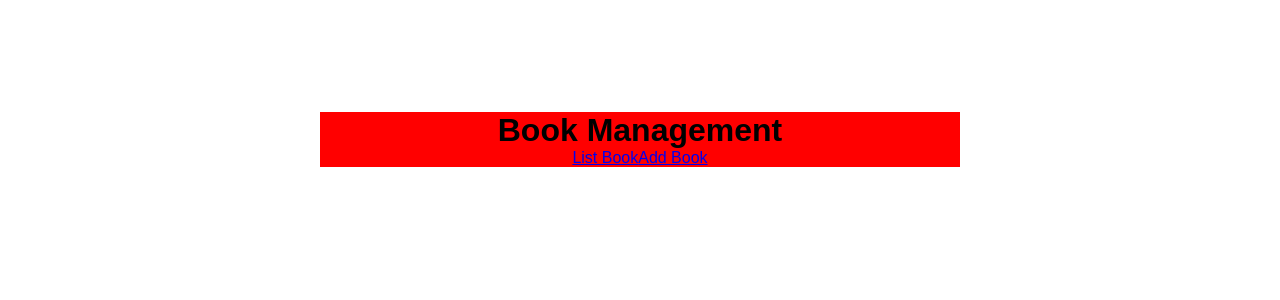
Repository: wakoya-tech/e-library-app1
Page: /
The author's editor kept a copy of each file at every save. The page is drawn from the files as they stood at one save, then again after the next save.
The browser window is 1280 px wide. The pictures show the whole page.
The project was rebuilt for these pictures with package versions that can differ from the ones it lists, and the page was loaded fresh each time. Also part of the build but not shown: vite.config.js.

Above is the page before, as saved 2025-10-10 12:10:36.

After the next save:
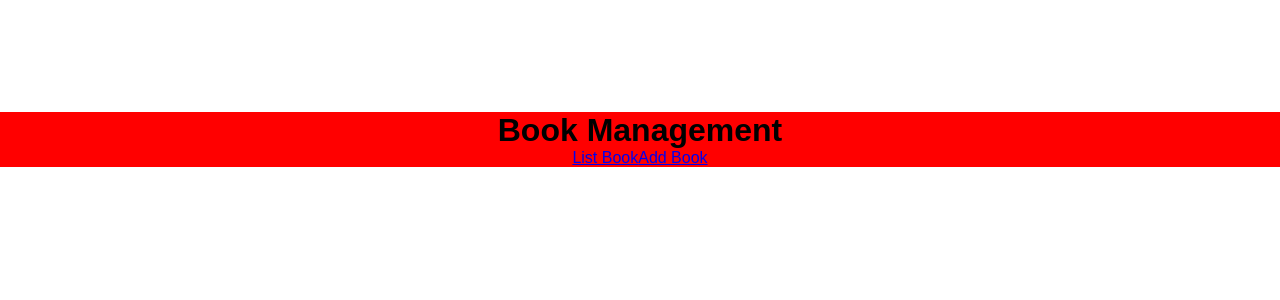
Saved 60 s later.
--- a/src/App.css
+++ b/src/App.css
@@ -7,7 +7,7 @@
   font-family: Arial, Helvetica, sans-serif;
 }
 .container{
-  max-width: 40rem;
+  max-width: 90rem;
   background: red;
   margin: 7rem auto 0;
 }

After the save that followed:
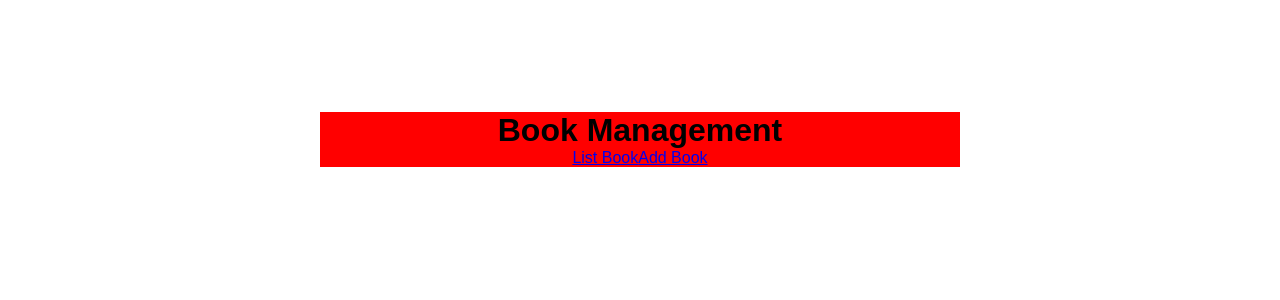
Saved 10 s later.
--- a/src/App.css
+++ b/src/App.css
@@ -7,7 +7,7 @@
   font-family: Arial, Helvetica, sans-serif;
 }
 .container{
-  max-width: 90rem;
+  max-width: 40rem;
   background: red;
   margin: 7rem auto 0;
 }
